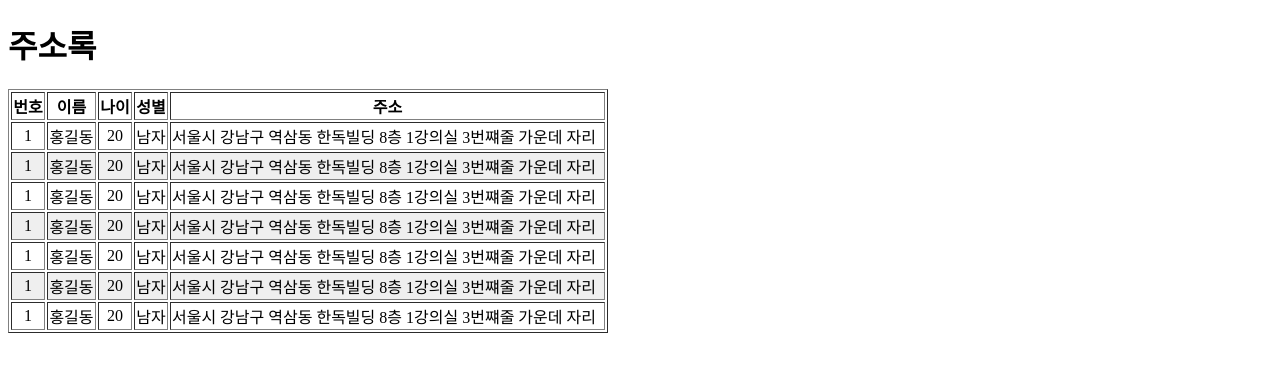
Repository: Hswwwww/WEB
Page: ClientTest/src/main/webapp/html/ex16_table.html
An editor plug-in stored every save of this project. The page is shown before and after the next save, followed by the edit.
The browser window is 1280 px wide. The pictures show the whole page.

Above is the page before, as saved 2024-03-13 06:49:35.

### ClientTest/src/main/webapp/html/ex16_table.html
<!DOCTYPE html>
<html>
<head>
<meta charset="UTF-8">
<title>Insert title here</title>
</head>
<body>
<!--
	열 너비 맞추는게 1순위~~~` (width)
	고정 크기 > 왼쪽, 가운데
	가변 크기 > 왼쪽
	 -->
	<h1>주소록</h1>

	<table border = "1" width = "600">
		<!--
		<tr bgcolor = "#DDDDDD">
			<td width = "50" align = "center" valign><b>번호</b></td>
			<td width = "70" align = "center"><b>이름</b></td>
			<td width = "50" align = "center" ><b>나이</b></td>
			<td width = "70" align = "center"><b>성별</b></td>
			<td width = "360" align = "center"><b>주소</b></td>
		</tr>
		 -->
		<tr>
			<th>번호</th>
			<th>이름</th>
			<th>나이</th>
			<th>성별</th>
			<th>주소</th>

		</tr>
		<tr>
			<td align = "center">1</td>
			<td align = "center">홍길동</td>
			<td align = "center">20</td>
			<td align = "center">남자</td>
			<td>서울시 강남구 역삼동 한독빌딩 8층 1강의실 3번쨰줄 가운데 자리</td>
		</tr>
		<tr bgcolor = "#EFEFEF">
			<td align = "center">1</td>
			<td align = "center">홍길동</td>
			<td align = "center">20</td>
			<td align = "center">남자</td>
			<td>서울시 강남구 역삼동 한독빌딩 8층 1강의실 3번쨰줄 가운데 자리</td>
		</tr>
		<tr>
			<td align = "center">1</td>
			<td align = "center">홍길동</td>
			<td align = "center">20</td>
			<td align = "center">남자</td>
			<td>서울시 강남구 역삼동 한독빌딩 8층 1강의실 3번쨰줄 가운데 자리</td>
		</tr>
		<tr bgcolor = "#EFEFEF">
			<td align = "center">1</td>
			<td align = "center">홍길동</td>
			<td align = "center">20</td>
			<td align = "center">남자</td>
			<td>서울시 강남구 역삼동 한독빌딩 8층 1강의실 3번쨰줄 가운데 자리</td>
		</tr>
		<tr>
			<td align = "center">1</td>
			<td align = "center">홍길동</td>
			<td align = "center">20</td>
			<td align = "center">남자</td>
			<td>서울시 강남구 역삼동 한독빌딩 8층 1강의실 3번쨰줄 가운데 자리</td>
		</tr>
		<tr bgcolor = "#EFEFEF">
			<td align = "center">1</td>
			<td align = "center">홍길동</td>
			<td align = "center">20</td>
			<td align = "center">남자</td>
			<td>서울시 강남구 역삼동 한독빌딩 8층 1강의실 3번쨰줄 가운데 자리</td>
		</tr>
		<tr>
			<td align = "center">1</td>
			<td align = "center">홍길동</td>
			<td align = "center">20</td>
			<td align = "center">남자</td>
			<td>서울시 강남구 역삼동 한독빌딩 8층 1강의실 3번쨰줄 가운데 자리</td>
		</tr>


	</table>







</body>
</html>

After the next save:
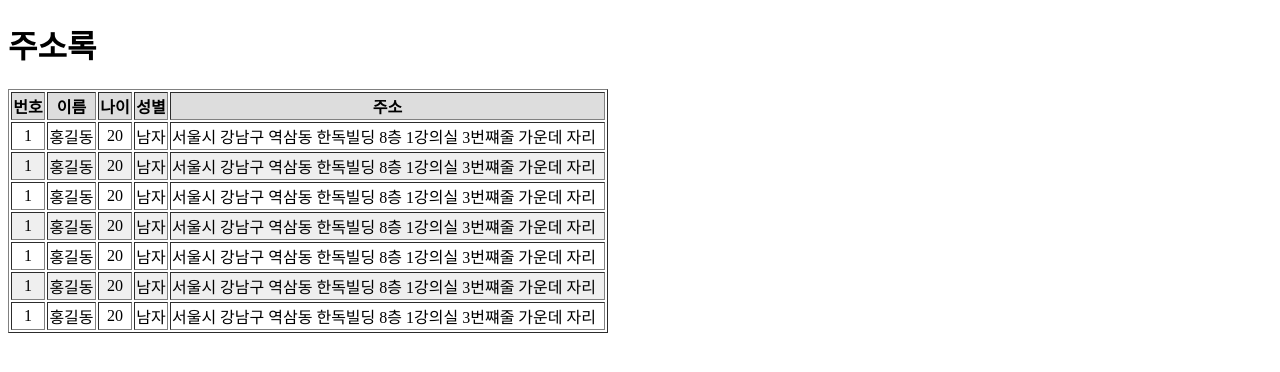
Saved 44 s later.
--- a/ClientTest/src/main/webapp/html/ex16_table.html
+++ b/ClientTest/src/main/webapp/html/ex16_table.html
@@ -22,13 +22,12 @@
 			<td width = "360" align = "center"><b>주소</b></td>
 		</tr>
 		 -->
-		<tr>
+		<tr bgcolor = "#DDDDDD">
 			<th>번호</th>
 			<th>이름</th>
 			<th>나이</th>
 			<th>성별</th>
 			<th>주소</th>
-
 		</tr>
 		<tr>
 			<td align = "center">1</td>
